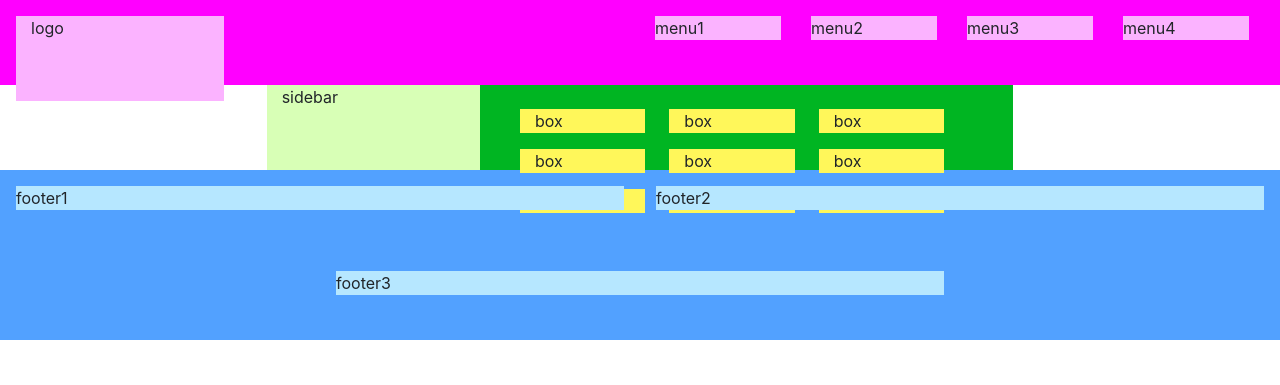
Repository: yuta0108/booker1-debug
Page: bootstrap_practice/index.html
The author's editor kept a record of every edit. The page is drawn from the files as they stood at one moment, then again after the next edit.
The browser window is 1280 px wide. The pictures show the whole page.

Above is the page before.

### bootstrap_practice/index.html
<!DOCTYPE html>
<html lang="ja">
  <head>
    <meta charset="utf8" />
    <title>23章演習</title>
    <link rel="stylesheet" href="https://cdn.jsdelivr.net/npm/bootstrap@4.6.2/dist/css/bootstrap.min.css"
    integrity="sha384-xOolHFLEh07PJGoPkLv1IbcEPTNtaed2xpHsD9ESMhqIYd0nLMwNLD69Npy4HI+N" crossorigin="anonymous">
    <link rel="stylesheet" href="style.css" />
  </head>

  <body>
    <div class="container-fluid">
      <div class="row px-3 py-3"  style="background-color: #ff00ff">
        <div class="col-2" style="background-color: #fbb3ff">
          <div class="logo">logo</div>
        </div>
        <div class="col-6 offset-4">
          <div class="row">
            <div class="col-3">
              <div class="menu" style="background-color: #fbb3ff">
                menu1
              </div>
            </div>
            <div class="col-3">
              <div class="menu" style="background-color: #fbb3ff">
                menu2
              </div>
            </div>
            <div class="col-3">
              <div class="menu" style="background-color: #fbb3ff">
                menu3
              </div>
            </div>
            <div class="col-3">
              <div class="menu" style="background-color: #fbb3ff">
                menu4
              </div>
            </div>
          </div>
        </div>
      </div>
      <div class="row justify-content-center main">
        <div class="col-2" style="background-color: #d8ffb6">sidebar</div>
        <div class="col-5" style="background-color: #00b522">
        <div class="row px-3 py-3 row-cols-3">
          <div class="col-3 my-2 ml-4" style="background-color: #fff75a">box</div>
          <div class="col-3 my-2 ml-4" style="background-color: #fff75a">box</div>
          <div class="col-3 my-2 ml-4" style="background-color: #fff75a">box</div>
          <div class="col-3 my-2 ml-4" style="background-color: #fff75a">box</div>
          <div class="col-3 my-2 ml-4" style="background-color: #fff75a">box</div>
          <div class="col-3 my-2 ml-4" style="background-color: #fff75a">box</div>
          <div class="col-3 my-2 ml-4" style="background-color: #fff75a">box</div>
          <div class="col-3 my-2 ml-4" style="background-color: #fff75a">box</div>
          <div class="col-3 my-2 ml-4" style="background-color: #fff75a">box</div>
        </div>
        </div>
      </div>
      <div class="row justify-content-center" style="background-color: #52a1ff">
        <div class="col-6 p-3">
          <div class="footer" style="background-color: #b6e7ff">footer1</div>
        </div>
        <div class="col-6 p-3">
          <div class="footer"style="background-color: #b6e7ff">footer2</div>
        </div>
      </div>
      <div class="row justify-content-center" style="background-color: #52a1ff">
        <div class="col-6 p-3">
          <div class="footer" style="background-color: #b6e7ff">footer3</div>
        </div>
      </div>
    </div>
  </body>


</html>

### bootstrap_practice/style.css
* {
  margin: 0;
  padding: 0;
  box-sizing: border-box;
}

.container {
  padding: 30px;
}

.row {
  height: 85px;
}

.container-1 {
  height: 400px;
}

.row-2 {
  height: 400px;
}

After the next edit:
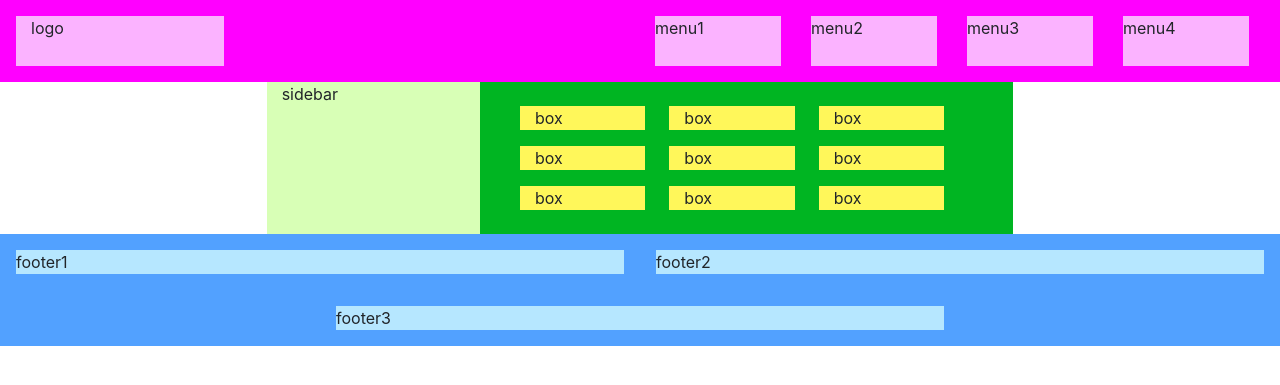
The edit:
--- a/bootstrap_practice/style.css
+++ b/bootstrap_practice/style.css
@@ -4,12 +4,8 @@
   box-sizing: border-box;
 }
 
-.container {
-  padding: 30px;
-}
-
-.row {
-  height: 85px;
+.logo, .menu {
+  height: 50px;
 }
 
 .container-1 {
